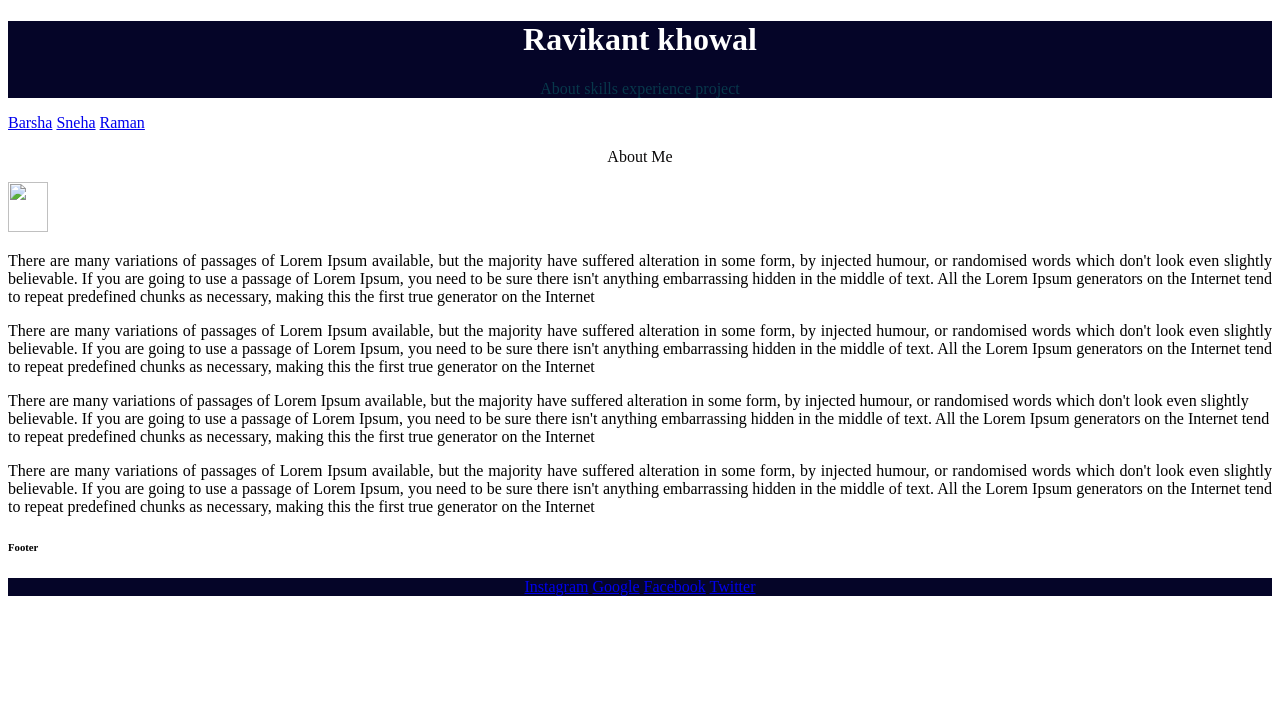
Repository: nir-github01/Html
Page: assign1.html
The author's editor kept a copy of each file at every save. The page is drawn from the files as they stood at one save, then again after the next save.
The browser window is 1280 px wide. The pictures show the whole page.

Above is the page before, as saved 2022-09-19 20:08:49.

After the next save:
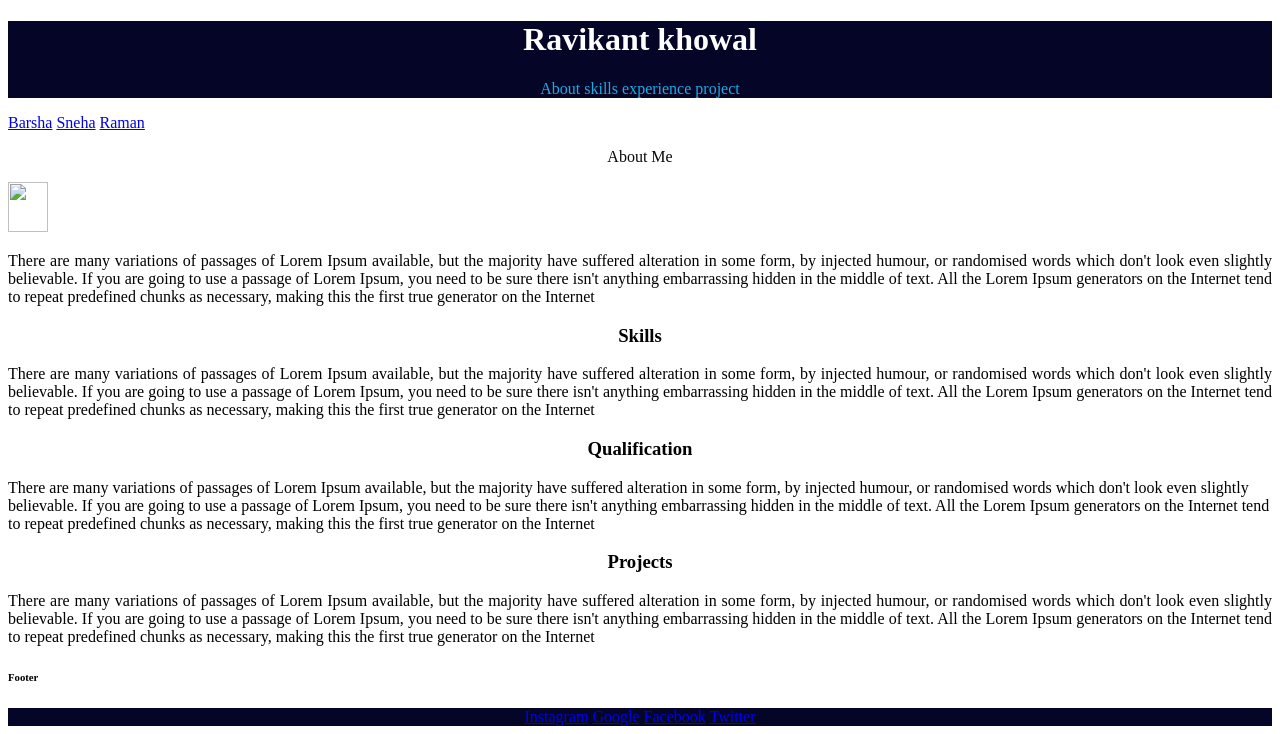
Saved 2 min 34 s later.
--- a/assign1.html
+++ b/assign1.html
@@ -47,7 +47,7 @@
     <head>
         <div class="heading">
             <h1>Ravikant khowal</h1>
-            <p style="color:rgb(8, 56, 75)">About skills experience project</p>
+            <p style="color:rgb(30, 170, 226)">About skills experience project</p>
         </div>
 
     </head>
@@ -65,6 +65,7 @@
     <main>
         <img src="#" class="image">
         <div class="body-text">
+
             <p style="text-align:justify">There are many variations of passages of Lorem Ipsum available, but the majority have
                 suffered alteration in some form, by injected humour, or randomised words which don't
                  look even slightly believable. If you are going to use a passage of Lorem Ipsum, you need
@@ -75,6 +76,7 @@
 
         </div>
         <div class="skills">
+            <h3 style="text-align:center">Skills</h3>
             <p style="text-align:justify">There are many variations of passages of Lorem Ipsum available, but the majority have
                 suffered alteration in some form, by injected humour, or randomised words which don't
                  look even slightly believable. If you are going to use a passage of Lorem Ipsum, you need
@@ -84,6 +86,7 @@
                  Internet</p>
         </div>
         <div class="qualif">
+            <h3 style="text-align:center">Qualification</h3>
             <p style="text-align:justifyr">There are many variations of passages of Lorem Ipsum available, but the majority have
                 suffered alteration in some form, by injected humour, or randomised words which don't
                  look even slightly believable. If you are going to use a passage of Lorem Ipsum, you need
@@ -93,6 +96,7 @@
                  Internet</p>
         </div>
         <div class="projects">
+            <h3 style="text-align:center">Projects</h3>
             <p style="text-align:justify">There are many variations of passages of Lorem Ipsum available, but the majority have
                 suffered alteration in some form, by injected humour, or randomised words which don't
                  look even slightly believable. If you are going to use a passage of Lorem Ipsum, you need
